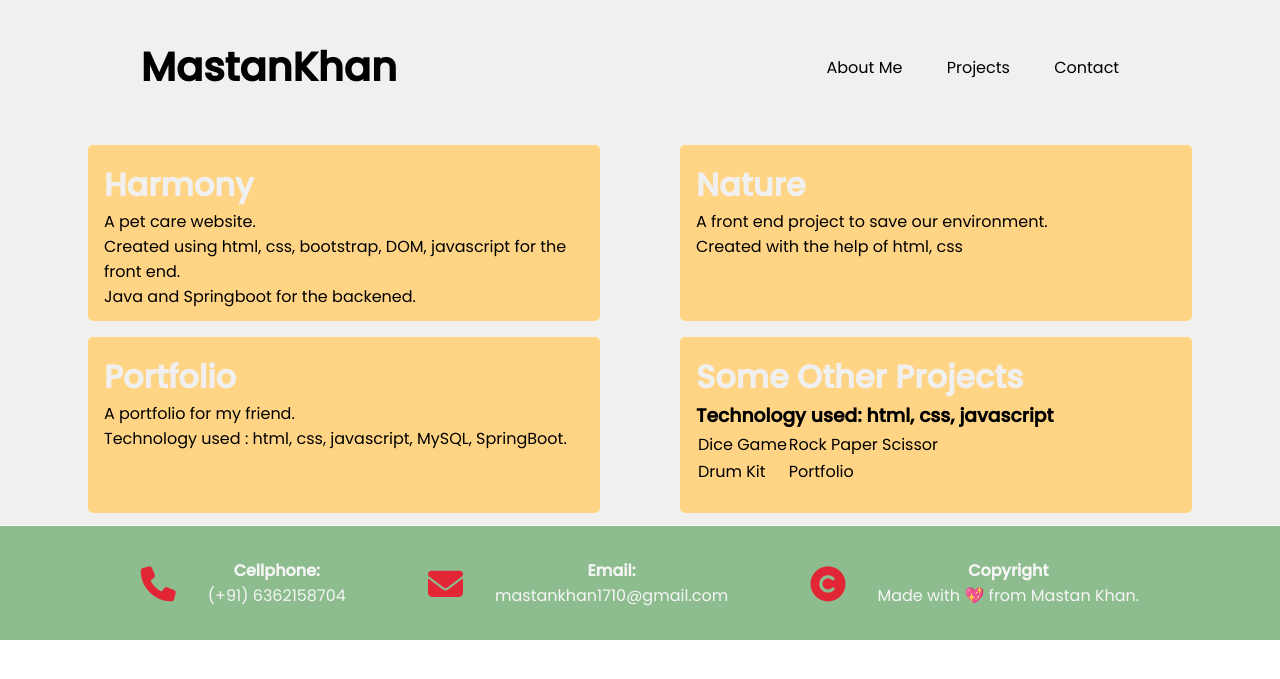
Repository: MastanKhan1/my_resume
Page: http://localhost/projects
These files come from the project's save history. The page is drawn as it stood at one moment and after the next save; the edit follows.
The browser window is 1280 px wide. The pictures show the whole page.
Some web fonts or font styles are not loaded; a fallback is used. The page is this project's Thymeleaf template; nobody is signed in. The template is opened directly, without the code that normally fills it, so the values that code supplies are empty.

Above is the page before, as saved 2023-10-06 07:15:16.

### portfolio/src/main/resources/templates/projects.html
<!DOCTYPE html>
<html lang="en">
<head>
    <meta charset="UTF-8">
    <meta name="viewport" content="width=device-width, initial-scale=1.0">
    <title>Projects</title>

    <link rel="stylesheet" href="styles.css">
    <link rel="preconnect" href="https://fonts.googleapis.com">
<link rel="preconnect" href="https://fonts.gstatic.com" crossorigin>
<!-- <link href="https://cdn.jsdelivr.net/npm/bootstrap@5.3.2/dist/css/bootstrap.min.css" rel="stylesheet" integrity="sha384-T3c6CoIi6uLrA9TneNEoa7RxnatzjcDSCmG1MXxSR1GAsXEV/Dwwykc2MPK8M2HN" crossorigin="anonymous"> -->
<link href="https://fonts.googleapis.com/css2?family=Merriweather&family=Montserrat+Alternates:wght@500&family=Montserrat+Subrayada:wght@400;700&family=Montserrat:ital,wght@0,400;0,700;1,700&family=Niconne&family=PT+Mono&family=Poppins:wght@400;500&family=Roboto&family=Sacramento&family=Tinos&display=swap" rel="stylesheet">
<link rel="stylesheet" href="https://cdnjs.cloudflare.com/ajax/libs/font-awesome/6.4.2/css/all.min.css" integrity="sha512-z3gLpd7yknf1YoNbCzqRKc4qyor8gaKU1qmn+CShxbuBusANI9QpRohGBreCFkKxLhei6S9CQXFEbbKuqLg0DA==" crossorigin="anonymous" referrerpolicy="no-referrer" />

</head>
<body>

    <section id="section1">
        <div id="toggle">
            <!-- <nav> -->
                <div>
                    <h1>MastanKhan</h1>

                </div>
                <div>
                    <ul>
                        <li><a href="">About Me</a></li>
                        <li><a href="">Projects</a></li>
                        <li><a href="">Contact</a></li>
                    </ul>
                </div>
            <!-- </nav> -->
        </div>

        <div class="projects">
            <div class="project-items" id="harmony">
                <h2>Harmony</h2>
                <p>A pet care website.</p>
                <p>Created using html, css, bootstrap, DOM, javascript for the front end.</p>
                <p>Java and Springboot for the backened.</p>

            </div>
            <div class="project-items" id="any_time_food">
                <h2>Nature</h2>
                <p>A front end project to save our environment.</p>
                <p>Created with the help of html, css</p>

            </div>

            <div class="project-items" id="portfolio">
                <h2>Portfolio</h2>
                <p>A portfolio for my friend.</p>
                <p>Technology used : html, css, javascript, MySQL, SpringBoot.</p>
            </div>

            <div class="project-items" id="portfolio">
                <h2>Some Other Projects</h2>
                <h3>Technology used: html, css, javascript</h3>
                <table>
					<tr>
						<td>Dice Game</td>
						<td>Rock Paper Scissor</td>
					</tr>
					<tr>
						<td>Drum Kit</td>
						<td>Portfolio</td>
					</tr>
				</table>
            </div>

        </div>


        <div id="footer">
            <div class="footer-items">
                <div class="footer-items">

                    <i class="fa-solid fa-phone"></i>

                </div>
                <div>
                    <h4>Cellphone:</h4>
                    <p>(+91) 6362158704</p>
                </div>
            </div>
            <div class="footer-items">
                <div >

                    <i class="fa-solid fa-envelope"></i>
                </div>
                <div>
                    <h4>Email:</h4>
                    <p>mastankhan1710@gmail.com</p>
                    <!-- <p>(+91) 9901531794</p> -->
                </div>
            </div>

            <div class="footer-items">
                <div>
                    <i class="fa-solid fa-copyright"></i>
                </div>
                <div>
                    <p>
                        <h4>Copyright</h4>
                        Made with 💖 from Mastan Khan.
                    </p>
                </div>
            </div>
        </div>
        </section>

</body>
</html>

### portfolio/src/main/resources/static/styles.css
@charset "UTF-8";

*{
    margin: 0;
    padding: 0;
    font-family: 'Poppins', sans-serif;
}


#section1{
    background-color: #f0f0f0;
    border-bottom: 3px solid white;
}

#toggle{
    padding: 2.9% 11%;
    display: flex;
    flex-wrap: wrap;
    justify-content: space-between;
    align-items: center;
}


div h1{
    font-size: 2.5rem;
}

#toggle div ul li{
    display: inline;
    margin: 10px 20px;
}

div ul li a{
    text-decoration: none;
    color: black;
}

div li a{
    text-decoration: none;
}

#intro{
    padding: 2% 7% 1% 7%;
    display: flex;
    flex-wrap: wrap;
    justify-content: space-around;

}

#intro div form{
    display: inline;
}

#image{
    width: 60%;
}



.auto-type{
    color: #E32636;
    font-weight: bold;
    font-size: 20px;
}

#intro div form input{
    height: 85px;
    width: 85px;
    border-radius: 100%;
    margin: 2% 2% 0 1%;
    font-size: 1rem;
    border: 1.25px solid black;
}

input:hover{
   opacity: 0.7;
   box-shadow: 3px 2px 2px black;
}

#red{
    background-color: #FFA500;
}

#blue{
    background-color: #8dbd8f;
}

#green{
    background-color: #E32636;
}

#footer{
    padding: 2.5% 11%;
    background-color: #8dbd8f;
    /* background-color: #f0f0f0; */
    display: flex;
    flex-wrap: wrap;
    justify-content: space-between;

}
/*
hr{
    border-bottom: 5px solid white;
    border-style: none none dotted none;
    border-width: 8px;
    width: 5%;
    margin-left: 40%;
} */

.footer-items{
    text-align: center;
    display: flex;
    flex-wrap: wrap;
    justify-content: space-between;
    color: whitesmoke;
}

i{
    font-size: 35px;
    color: #E32636;
    margin-right: 2rem;
    margin-top: 0.5rem;
}

/* .footer-items h4{
    display: inline;
} */


/* ------------------------------------------------------------------------------------------------------- */

.about_me_div{
    padding: 10px 4%;
    display: flex;
    flex-wrap: wrap;
    justify-content: space-evenly;
}

#education_table, #education_table tr,#education_table tr td,#education_table thead th{
    border: 2px solid black;
    border-collapse: collapse;
    text-align: center;
    padding: 2px;
}

#about_me_img{
    width: 48.5%;
    height: 45%;
    margin-left: 20%;
    border-radius: 100%;
    background-color: #E32636;
}

#skills_div{
    padding: 10px 4%;
    display: flex;
    flex-wrap: wrap;
    justify-content: space-around;
}

#skills_div div h2, .about_me_div div h2{
    color: #E32636;
}




/* --------------------------------------------------------------------------------------------------- */

#contact_div{
    display: flex;
    flex-wrap: wrap;
    justify-content: space-between;
    padding: 10px 5%;
}

#contact_div div img{
    /* background-color: #87CEEB;
    border-radius: 100%; */
    width: 87.8%;
}

#contact_div div h1{
    color: #8dbd8f;
    font-size: 3rem;
}

.contact{
    border-radius: 5px;
    height: 25px;
    width: 277px;
    text-align: center;
    margin: 3px;
}

#text_area{
    border-radius: 5px;
    border:2px solid black;
    margin: 3px;
}

#message{
    color: white;
    background-color: #8dbd8f;
    height: 45px;
    width: 150px;
    border-radius: 6px;
    margin-left: 3rem;
    font-size: larger;
    font-weight: bold;
}

#extra_info{
    margin-top: 5rem;
}

#extra_info h2{
    margin-top: 1rem;
    font-size: 2rem;
    font-weight: lighter;
}

#extra_info div{
    margin-top: 4rem;
}

#extra_info div i{
    color: #8dbd8f;
}


/* ------------------------------------------------------------------------------------------------------- */

.projects{
    display: flex;
    flex-wrap: wrap;
    justify-content: space-evenly;
    padding: 0.2rem 1rem;
    border-bottom: 1px solid white;
}

.project-items{
    width: 30rem;
    height: 9rem;
    margin: 0.5rem;
    padding: 1rem;
    border-radius: 5px;
    /* background-image: linear-gradient(to bottom, #FFA500, #ffca68); */
    background-color: #ffd484;
}

.project-items h2{
    font-size: 2rem;
   color: #f0f0f0;
}

After the next save:
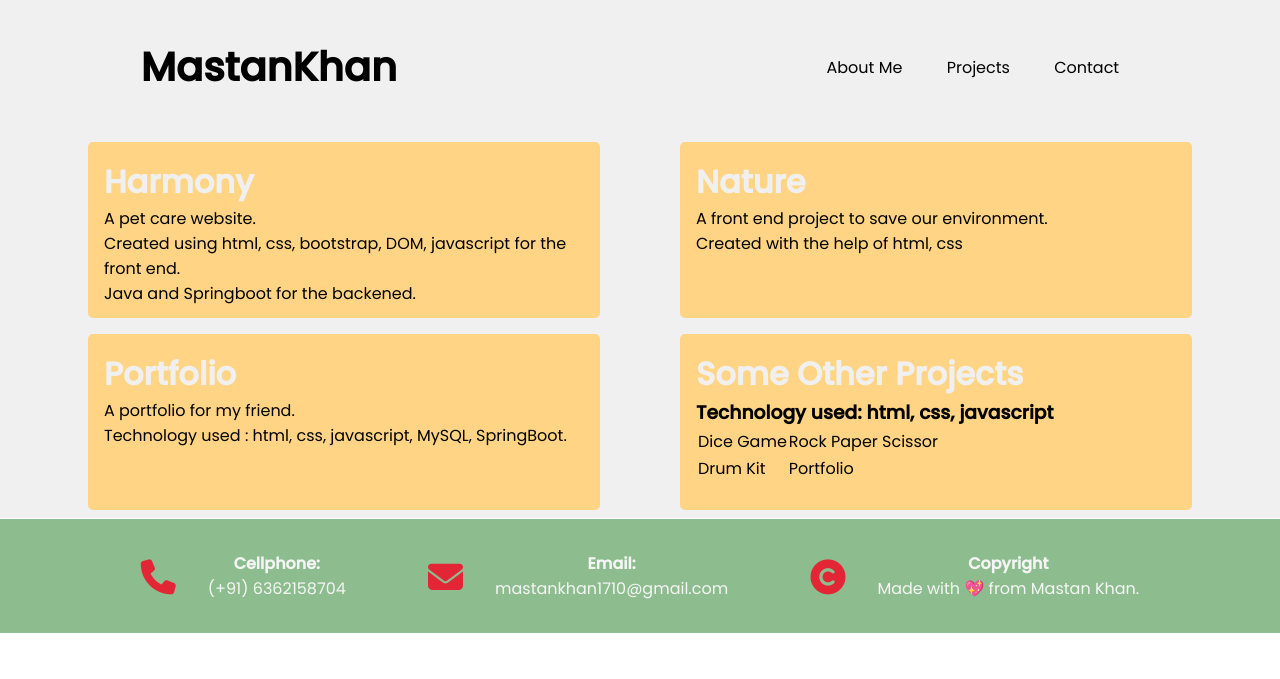
Saved 41 s later.
--- a/portfolio/src/main/resources/static/styles.css
+++ b/portfolio/src/main/resources/static/styles.css
@@ -235,7 +235,7 @@ i{
     display: flex;
     flex-wrap: wrap;
     justify-content: space-evenly;
-    padding: 0.2rem 1rem;
+    padding: 0 1rem;
     border-bottom: 1px solid white;
 }
 
